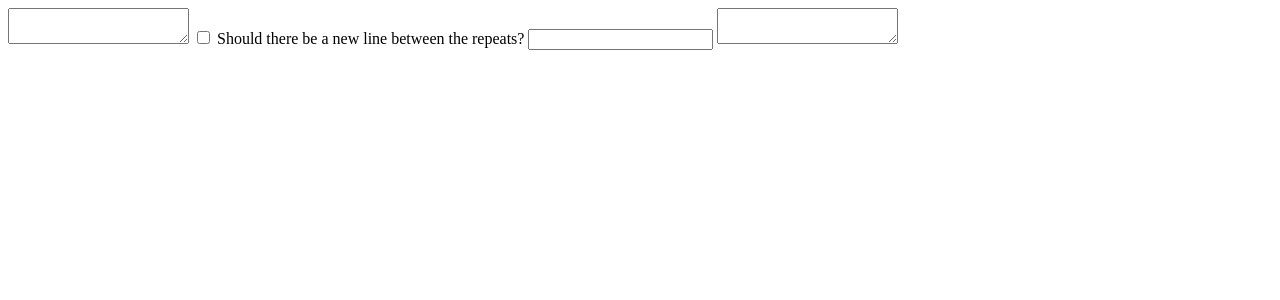
Repository: klothius/Online-string-repeater-with-numbers
Page: index.html
The author's editor kept a copy of each file at every save. The page is drawn from the files as they stood at one save, then again after the next save.
The browser window is 1280 px wide. The pictures show the whole page.

Above is the page before, as saved 2019-05-10 07:11:42.

After the next save:
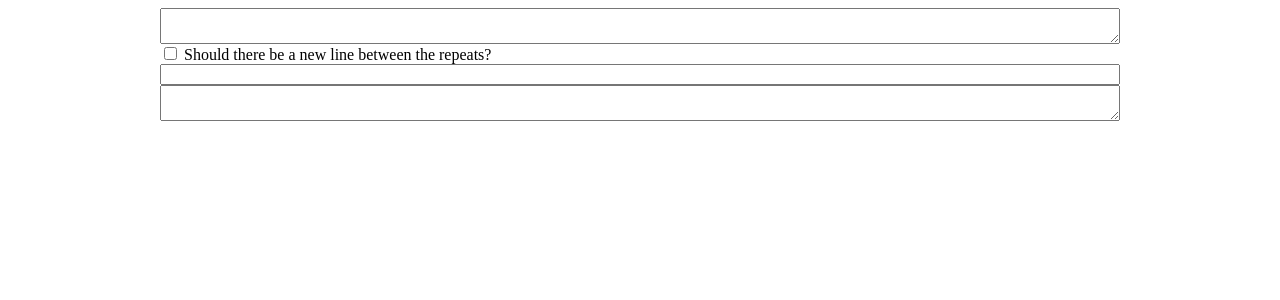
Saved 3 min 21 s later.
--- a/index.html
+++ b/index.html
@@ -22,3 +22,11 @@ function doWork () {
   document.querySelector('textarea.output').value = output;
 }
 </script>
+<style>
+.container {
+  max-width: 960px;
+  margin: auto;
+  display: flex;
+  flex-direction: column;
+}
+</style>
